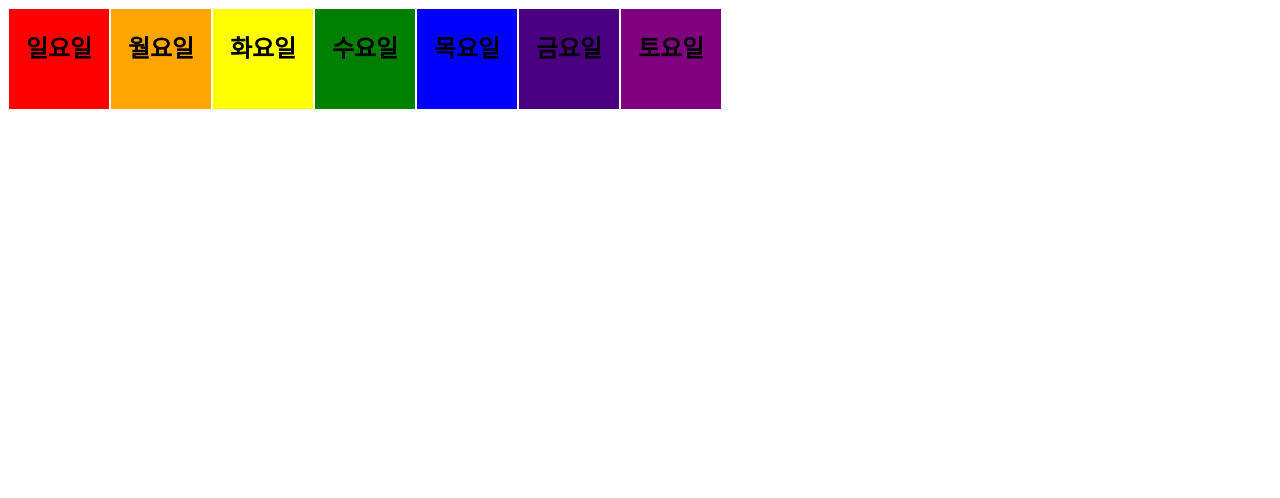
Repository: skim24245/web_workspace_src
Page: Lecture-Web/src/main/webapp/Jquery/html05.html
An editor plug-in stored every save of this project. The page is shown before and after the next save, followed by the edit.
The browser window is 1280 px wide. The pictures show the whole page.

Above is the page before, as saved 2022-05-30 10:10:50.

### Lecture-Web/src/main/webapp/Jquery/html05.html
<!DOCTYPE html>
<html>
<head>
<meta charset="UTF-8">
<title>Insert title here</title>

<style>
div {
	height: 100px;
	width: 100px;
	float: left;
	display: flex;
	justify-content: center;
	align-content: center;
	border: 1px solid white;
	margin-top: 150px,300px;
}

h2 {
	text-align: center;
}

.sun {
	width: 100px;
	height: 100px;
	background-color: red;
	position: relative;
}

.mon {
	width: 100px;
	height: 100px;
	background-color: orange;
	position: relative;
}

.tue {
	width: 100px;
	height: 100px;
	background-color: yellow;
	position: relative;
}

.wed {
	width: 100px;
	height: 100px;
	background-color: green;
	position: relative;
}

.thu {
	width: 100px;
	height: 100px;
	background-color: blue;
	position: relative;
}

.fri {
	width: 100px;
	height: 100px;
	background-color: indigo;
	position: relative;
}

.sat {
	width: 100px;
	height: 100px;
	background-color: purple;
	position: relative;
}

.sun {
	width: 100px;
	height: 100px;
	background-color: red;
	position: relative;
}
</style>
<script src="https://code.jquery.com/jquery-3.6.0.js"></script>

<script>
	$(document).ready(function() {

		$('.sun').mouseover(function() {
			$(this).css("width", "150px")
			$(this).css("height", "150px")
			$(this).html("일요일")
		})

		$('.sun').mouseleave(function() {
			$(this).css("width", "50px")
			$(this).css("height", "50px")
			$(this).html("일요일")
		})

		$('.mon').mouseover(function() {
			$(this).css("width", "150px")
			$(this).css("height", "150px")
			$(this).html("월요일")
		})

		$('.mon').mouseleave(function() {
			$(this).css("width", "50px")
			$(this).css("height", "50px")
			$(this).html("월요일")
		})

		$('.tue').mouseover(function() {
			$(this).css("width", "150px")
			$(this).css("height", "150px")
			$(this).html("화요일")
		})

		$('.tue').mouseleave(function() {
			$(this).css("width", "50px")
			$(this).css("height", "50px")
			$(this).html("화요일")
		})
		$('.wed').mouseover(function() {
			$(this).css("width", "150px")
			$(this).css("height", "150px")
			$(this).html("수요일")
		})

		$('.wed').mouseleave(function() {
			$(this).css("width", "50px")
			$(this).css("height", "50px")
			$(this).html("수요일")
		})

		$('.thu').mouseover(function() {
			$(this).css("width", "150px")
			$(this).css("height", "150px")
			$(this).html("목요일")
		})

		$('.thu').mouseleave(function() {
			$(this).css("width", "50px")
			$(this).css("height", "50px")
			$(this).html("목요일")
		})
		$('.fri').mouseover(function() {
			$(this).css("width", "150px")
			$(this).css("height", "150px")
			$(this).html("금요일")
		})
		$('.fri').mouseleave(function() {
			$(this).css("width", "50px")
			$(this).css("height", "50px")
			$(this).html("금요일")
		})
		$('.sat').mouseover(function() {
			$(this).css("width", "150px")
			$(this).css("height", "150px")
			$(this).html("토요일")
		})
		$('.sat').mouseleave(function() {
			$(this).css("width", "50px")
			$(this).css("height", "50px")
			$(this).html("토요일")
		})
	})
</script>
</head>
<body>

	<div class="sun">
		<h2>일요일
	</div>
	<div class="mon">
		<h2>월요일
	</div>
	<div class="tue">
		<h2>화요일
	</div>
	<div class="wed">
		<h2>수요일
	</div>
	<div class="thu">
		<h2>목요일
	</div>
	<div class="fri">
		<h2>금요일
	</div>
	<div class="sat">
		<h2>토요일
	</div>


</body>
</html>

After the next save:
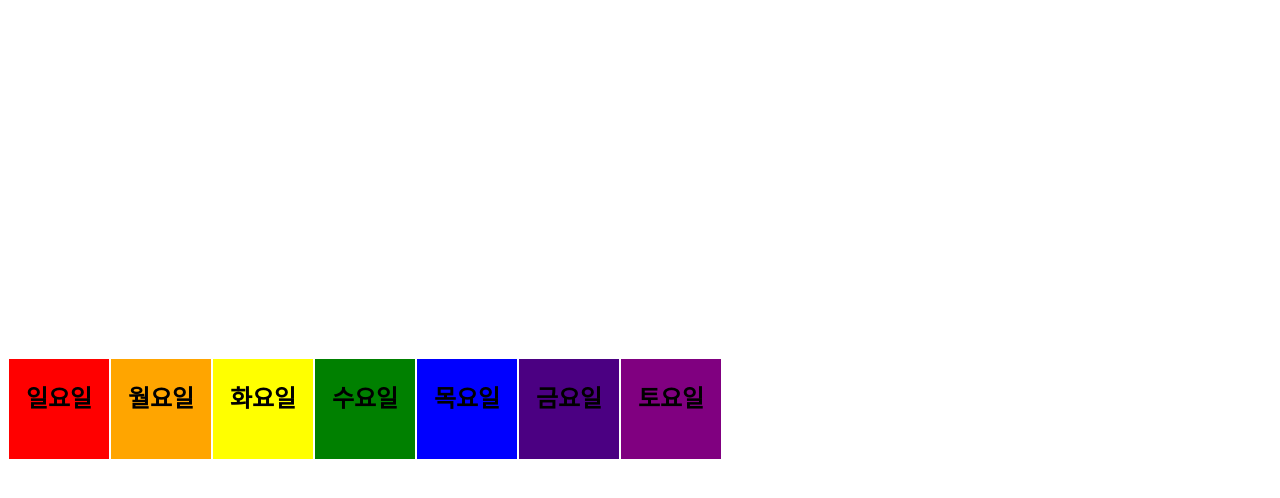
Saved 7 s later.
--- a/Lecture-Web/src/main/webapp/Jquery/html05.html
+++ b/Lecture-Web/src/main/webapp/Jquery/html05.html
@@ -13,7 +13,7 @@ div {
 	justify-content: center;
 	align-content: center;
 	border: 1px solid white;
-	margin-top: 150px,300px;
+	margin-top: 350px;
 }
 
 h2 {
